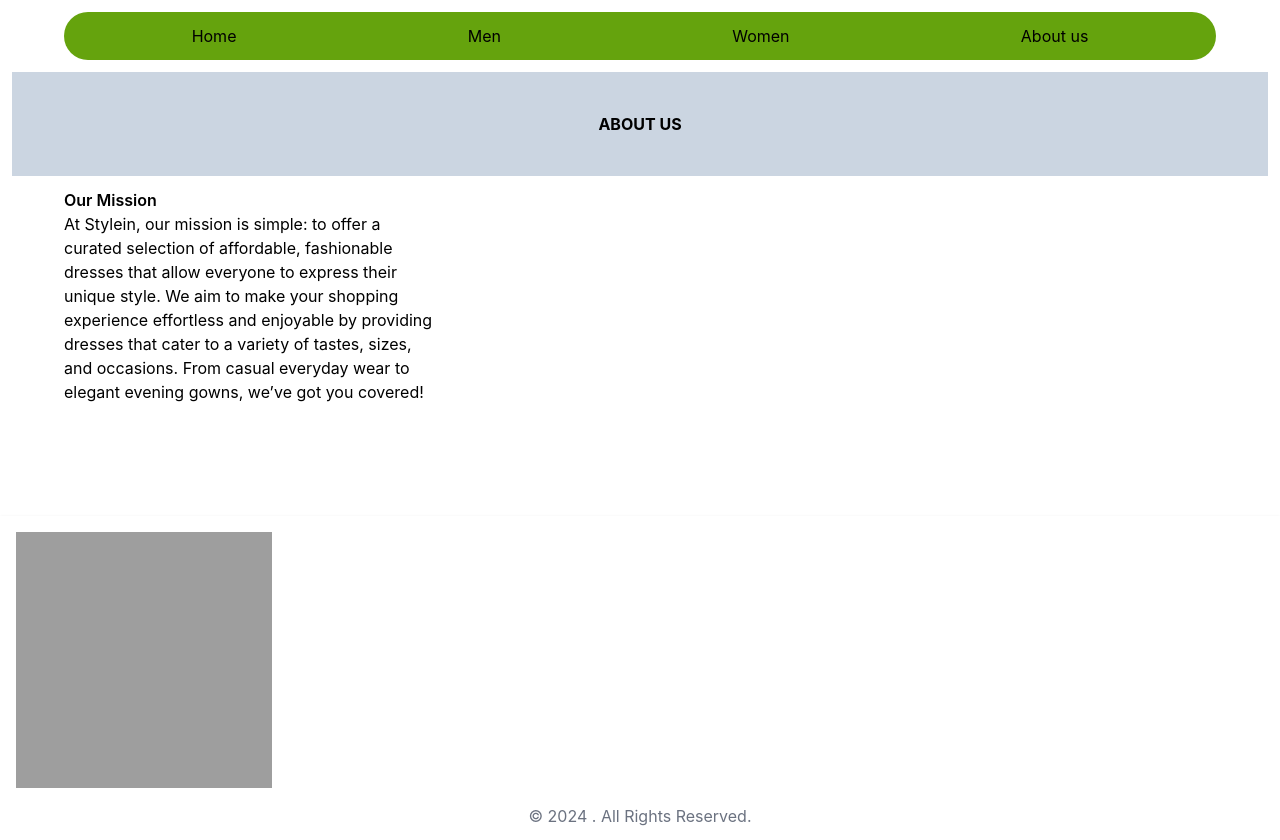
Repository: Mohankkanth/StyleIn_ShoppingSite
Page: /AboutUs
These files come from the project's save history. The page is drawn as it stood at one moment and after a run of saves; the edit follows.
The browser window is 1280 px wide. The pictures show the whole page.
Pictures or frames that could not be fetched are drawn as grey boxes. The project was rebuilt for these pictures with package versions that can differ from the ones it lists, and the page was loaded fresh each time. Also part of the build but not shown: vite.config.js, src/component/Home/Home.jsx, src/component/api/MenProducts.jsx, src/component/Men/Men.jsx, src/component/Women/Women.jsx, src/component/api/KidsProducts.jsx, src/component/Kids/Kids.jsx, src/component/Errorpage/Errorpage.jsx and 18 more.

Above is the page before, as saved 2024-11-23 13:58:02.

After the next 3 saves:
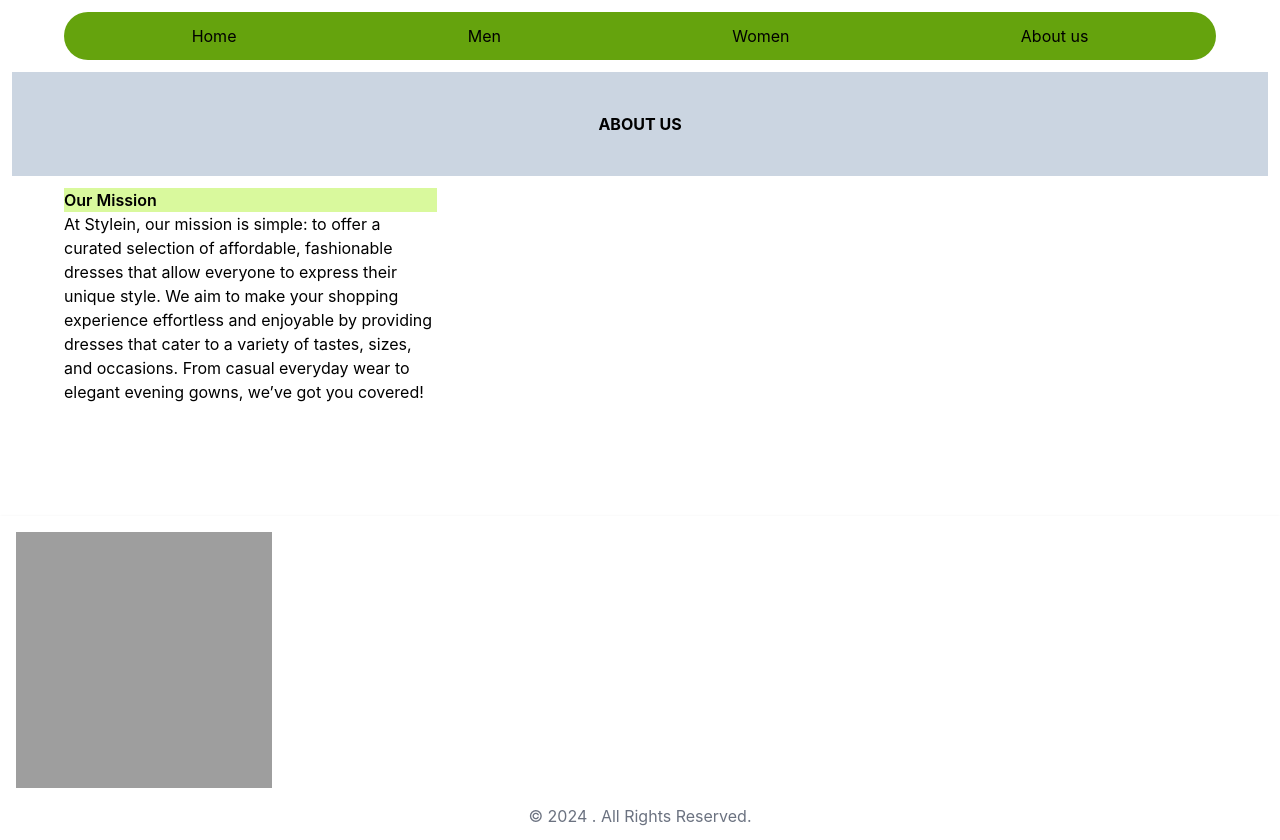
The 3 saves are shown as one change because they came seconds apart.
The last was saved 8 s later.
--- a/src/component/AboutUs/Aboutus.jsx
+++ b/src/component/AboutUs/Aboutus.jsx
@@ -9,7 +9,7 @@
 
                 <div className=" w-[90%]  mx-auto grid grid-cols-2 md:grid-cols-3 gap-4 ">
                     <div>
-                        <p className='font-semibold text-justify '>Our Mission</p>
+                        <p className='font-semibold text-justify bg-lime-200'>Our Mission</p>
                         <p>At Stylein, our mission is simple: to offer a curated selection of affordable, fashionable dresses that allow everyone to express their unique style. We aim to make your shopping experience effortless and enjoyable by providing dresses that cater to a variety of tastes, sizes, and occasions. From casual everyday wear to elegant evening gowns, we’ve got you covered!</p>
                     </div>
                 </div>

After the save that followed:
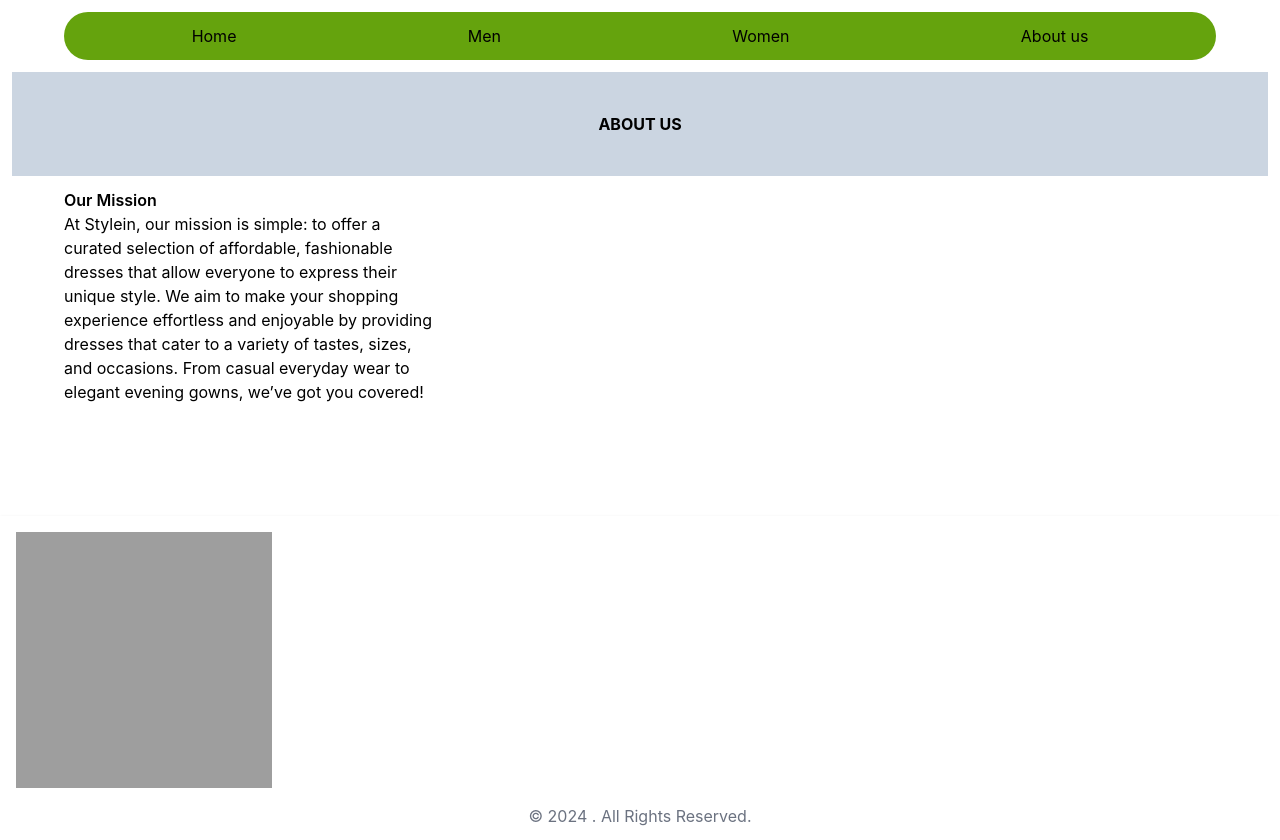
Saved 8 s later.
--- a/src/component/AboutUs/Aboutus.jsx
+++ b/src/component/AboutUs/Aboutus.jsx
@@ -9,7 +9,7 @@
 
                 <div className=" w-[90%]  mx-auto grid grid-cols-2 md:grid-cols-3 gap-4 ">
                     <div>
-                        <p className='font-semibold text-justify bg-lime-200'>Our Mission</p>
+                        <p className='font-semibold text-justify '>Our Mission</p>
                         <p>At Stylein, our mission is simple: to offer a curated selection of affordable, fashionable dresses that allow everyone to express their unique style. We aim to make your shopping experience effortless and enjoyable by providing dresses that cater to a variety of tastes, sizes, and occasions. From casual everyday wear to elegant evening gowns, we’ve got you covered!</p>
                     </div>
                 </div>
